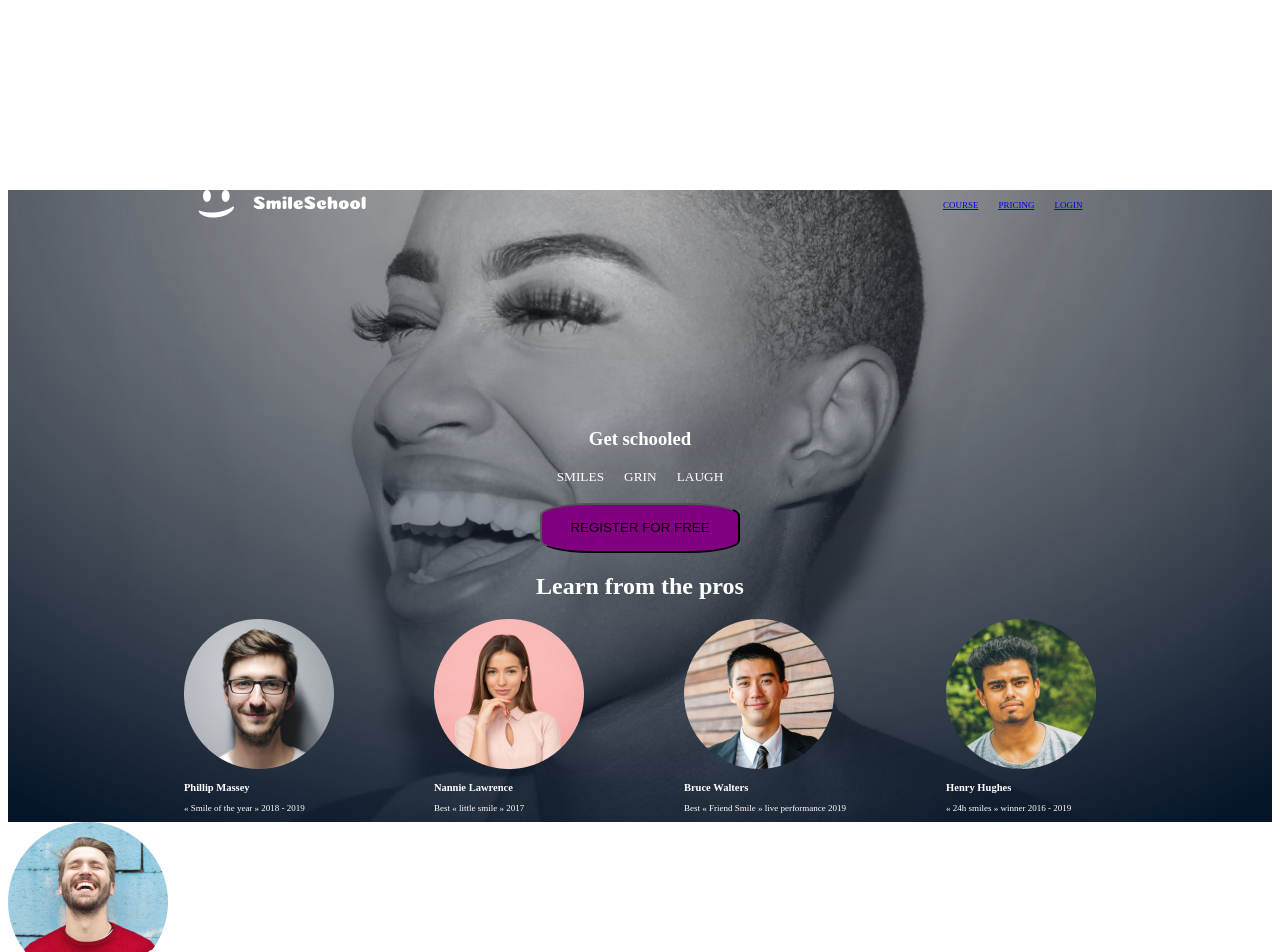
Repository: mwihakiann/alx_html_css
Page: css_advanced/index.html
The author's editor kept a copy of each file at every save. The page is drawn from the files as they stood at one save, then again after a run of saves.
The browser window is 1280 px wide. The pictures show the part of the page from y = 0 to 952 px (the page is 3672 px tall).
A picture or video elsewhere on the page could not be fetched, so the positions and the page height are approximate. Some web libraries are served in a nearby version.

Above is the page before, as saved 2025-09-28 18:21:32.

After the next 3 saves:
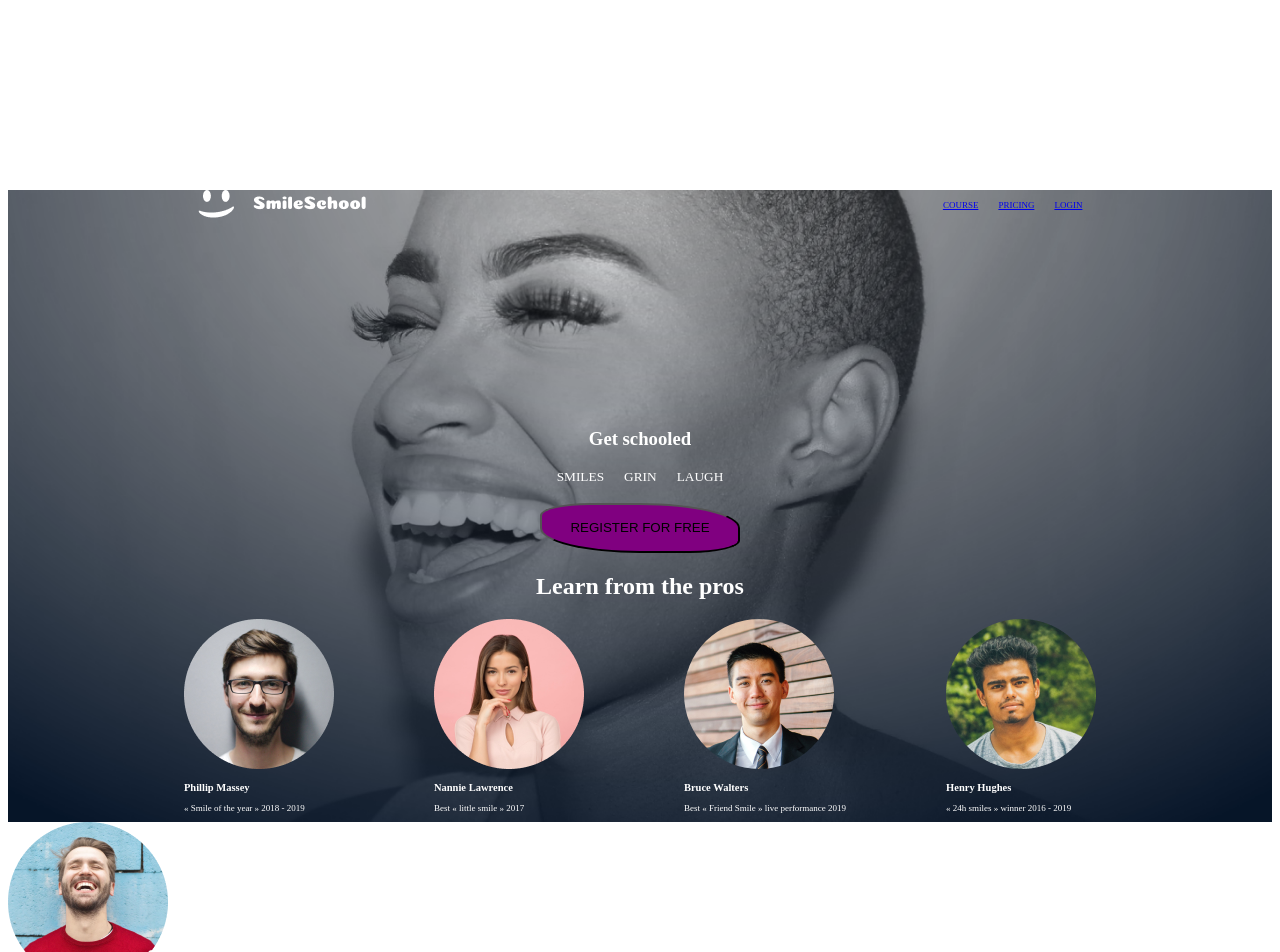
The 3 saves are shown as one change because they came seconds apart.
The last was saved 58 s later.
--- a/css_advanced/styles.css
+++ b/css_advanced/styles.css
@@ -35,7 +35,7 @@
     background-color: purple;
     width: 200px;
     height:50px;
-    border-radius: 25%;
+    border-radius: 25% 50%;
 }
 .learn-from-pros{
     display: flex;

After the 3 saves that followed:
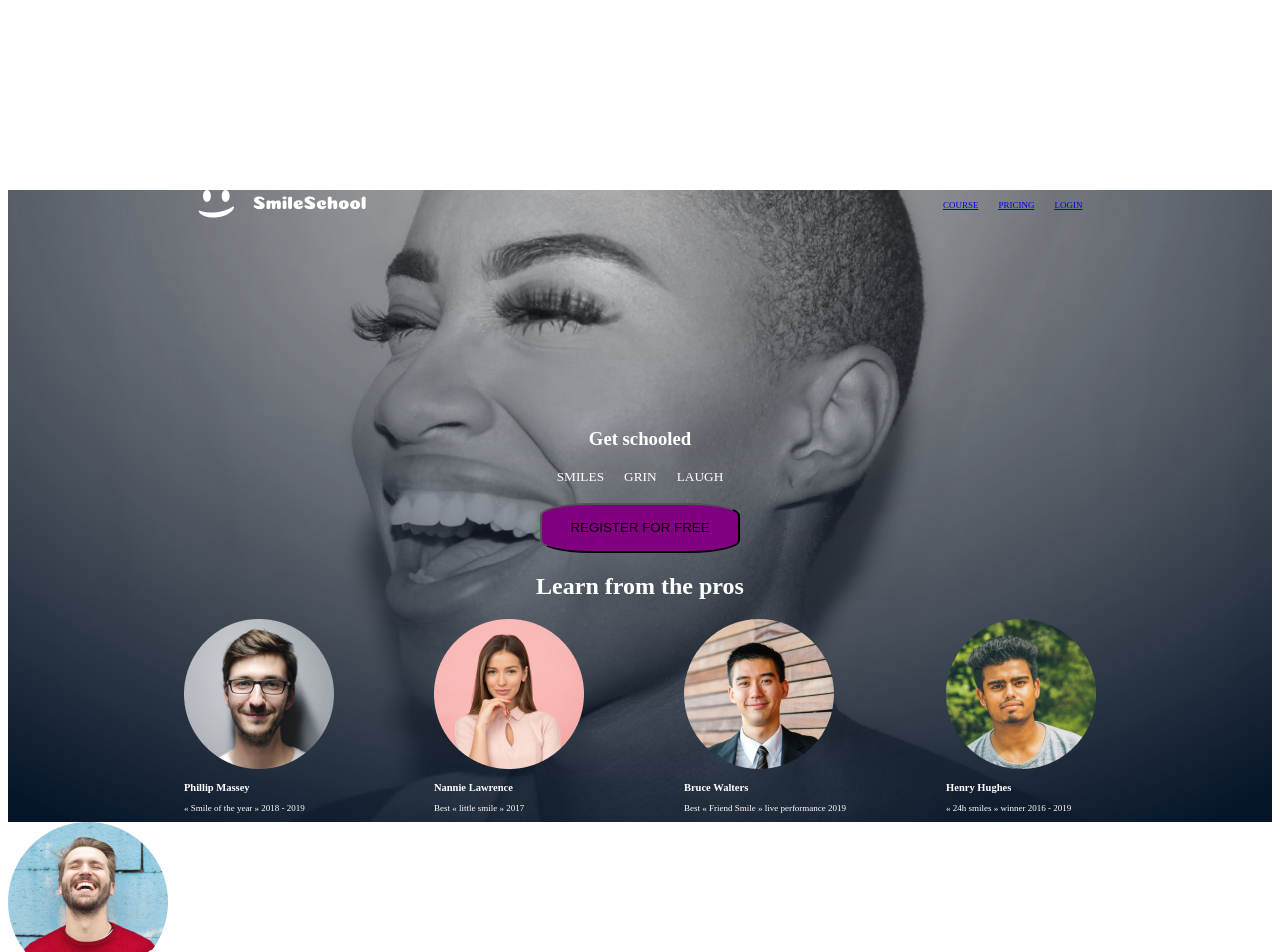
The 3 saves are shown as one change because they came seconds apart.
The last was saved 19 s later.
--- a/css_advanced/styles.css
+++ b/css_advanced/styles.css
@@ -35,7 +35,7 @@
     background-color: purple;
     width: 200px;
     height:50px;
-    border-radius: 25% 50%;
+    border-radius: 25% 25% ;
 }
 .learn-from-pros{
     display: flex;
